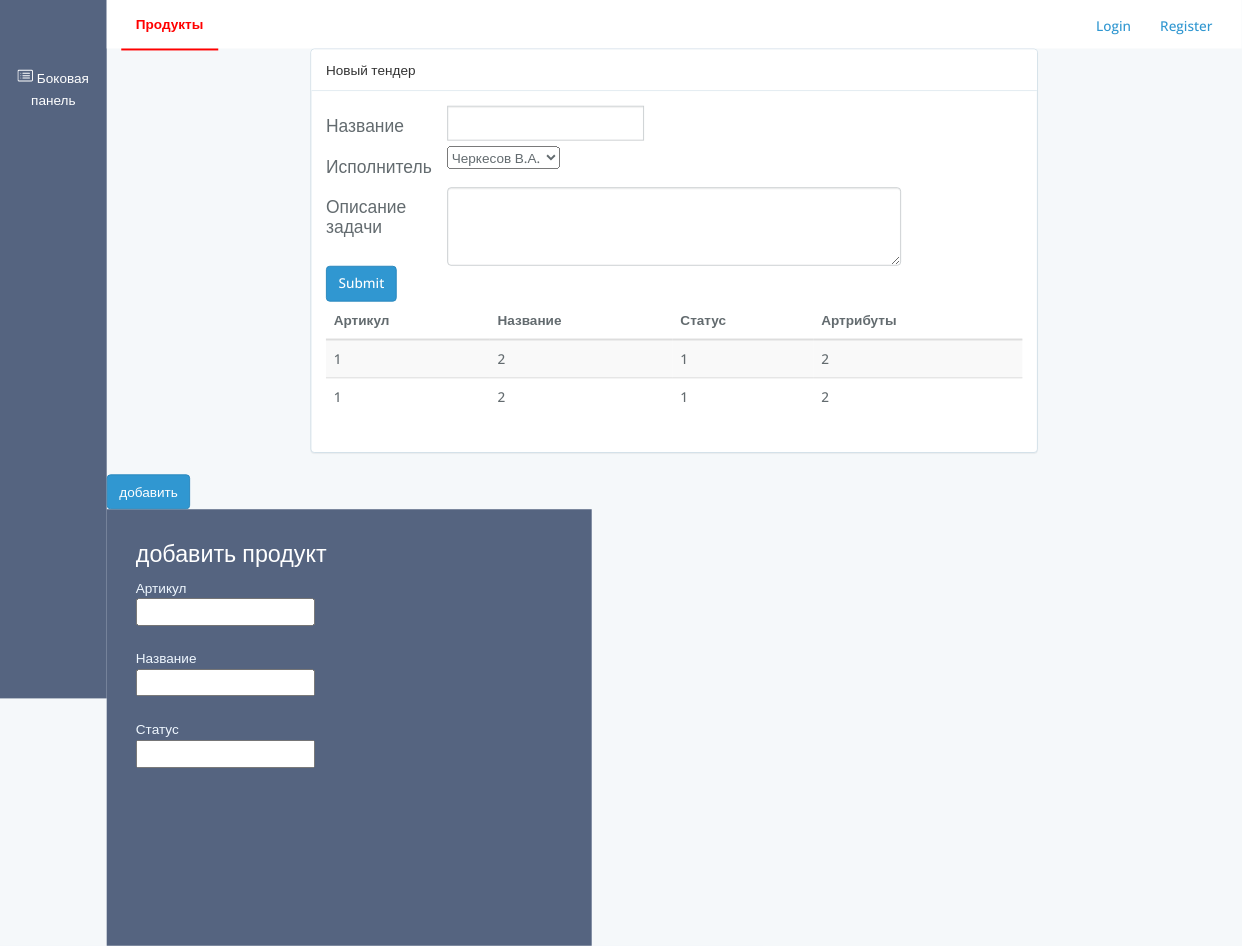
Repository: blackjack043/laravel-crud
Page: http://localhost/page2
The author's editor kept a copy of each file at every save. The page is drawn from the files as they stood at one save, then again after the next save.
The browser window is 1280 px wide. The pictures show the whole page, at 97% of full size.
Some web fonts or font styles are not loaded; a fallback is used. The page is served by the project's Laravel application, run on PHP 8.4 with Laravel 8.

Above is the page before, as saved 2022-03-07 16:01:00.

After the next save:
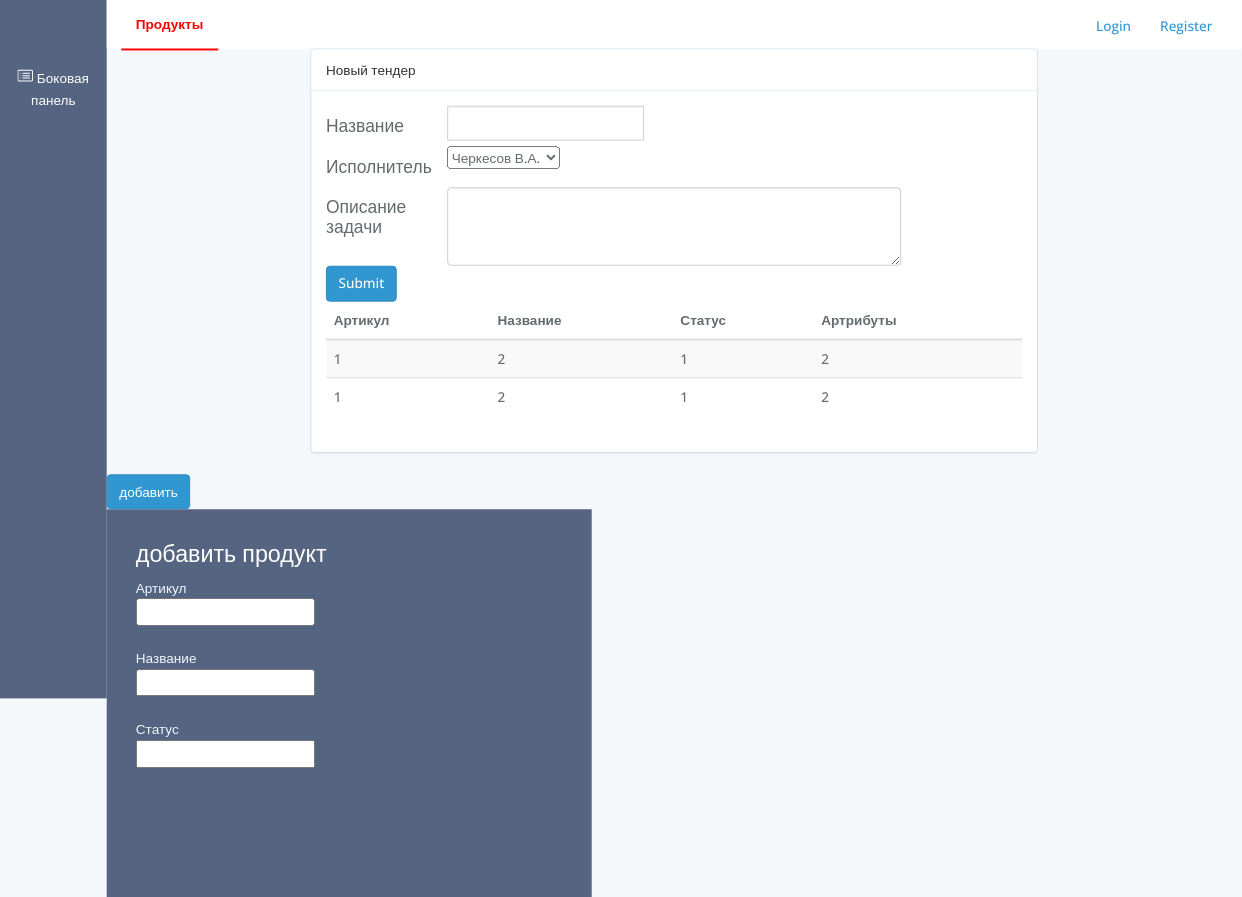
Saved 7 s later.
--- a/resources/views/page2.blade.php
+++ b/resources/views/page2.blade.php
@@ -89,7 +89,7 @@
 <div>
 
 <button class="btn btn-primary">добавить</button>
-<div style="background-color: #556480;width:500px;height: 450px;padding-left:30px;padding-top:10px;">
+<div style="background-color: #556480;width:500px;height: 400px;padding-left:30px;padding-top:10px;">
     <div style="color: white"><h3>добавить продукт</h3></div>
 
     <div> <span style="color:aliceblue"> Артикул </span> </div>
